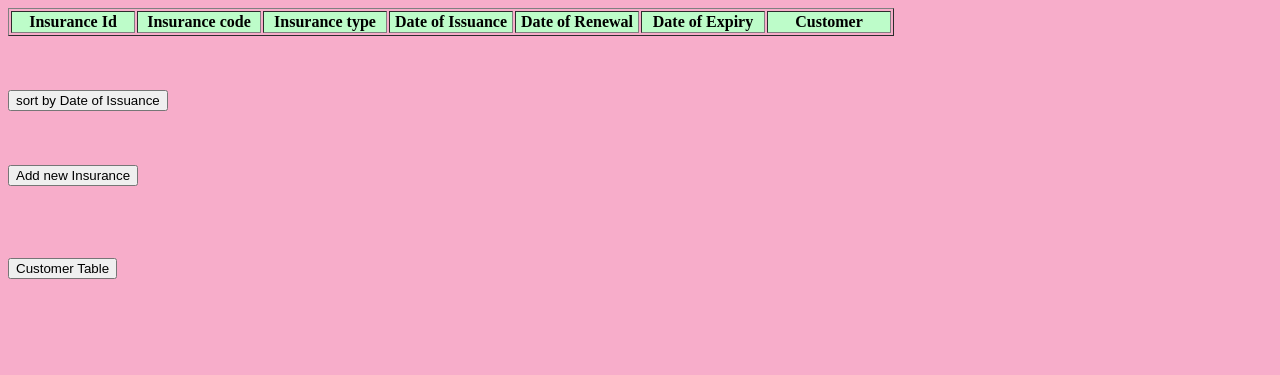
Repository: ankitasha/HomeProject
Page: http://localhost/insurance/WEB-INF/views/allinsurance.jsp
These files come from the project's save history. The page is drawn as it stood at one moment and after the next save; the edit follows.
The browser window is 1280 px wide. The pictures show the whole page.
The page is served by Tomcat 9. Nobody is signed in. The template is opened directly, without the code that normally fills it, so the values that code supplies are empty.

Above is the page before, as saved 2017-05-05 12:50:05.

After the next save:
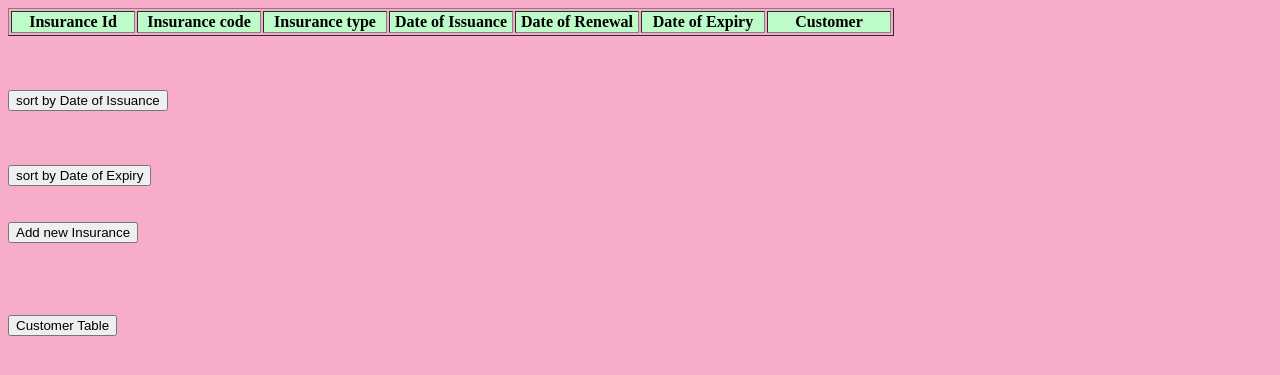
Saved 58 s later.
--- a/insurance/src/main/webapp/WEB-INF/views/allinsurance.jsp
+++ b/insurance/src/main/webapp/WEB-INF/views/allinsurance.jsp
@@ -74,6 +74,11 @@
     <br>
     <br>
     <br>
+    <form method="get" action="sortInsuranceByDateOfExpiry">
+    	<button id="sortInsuranceByDateOfExpiry" type="submit">sort by Date of Expiry</button>
+    <br>
+    <br>
+    <br>
     <form method="get" action="addnew">
     	<button id="addnew" type="submit">Add new Insurance</button>
     </form>
